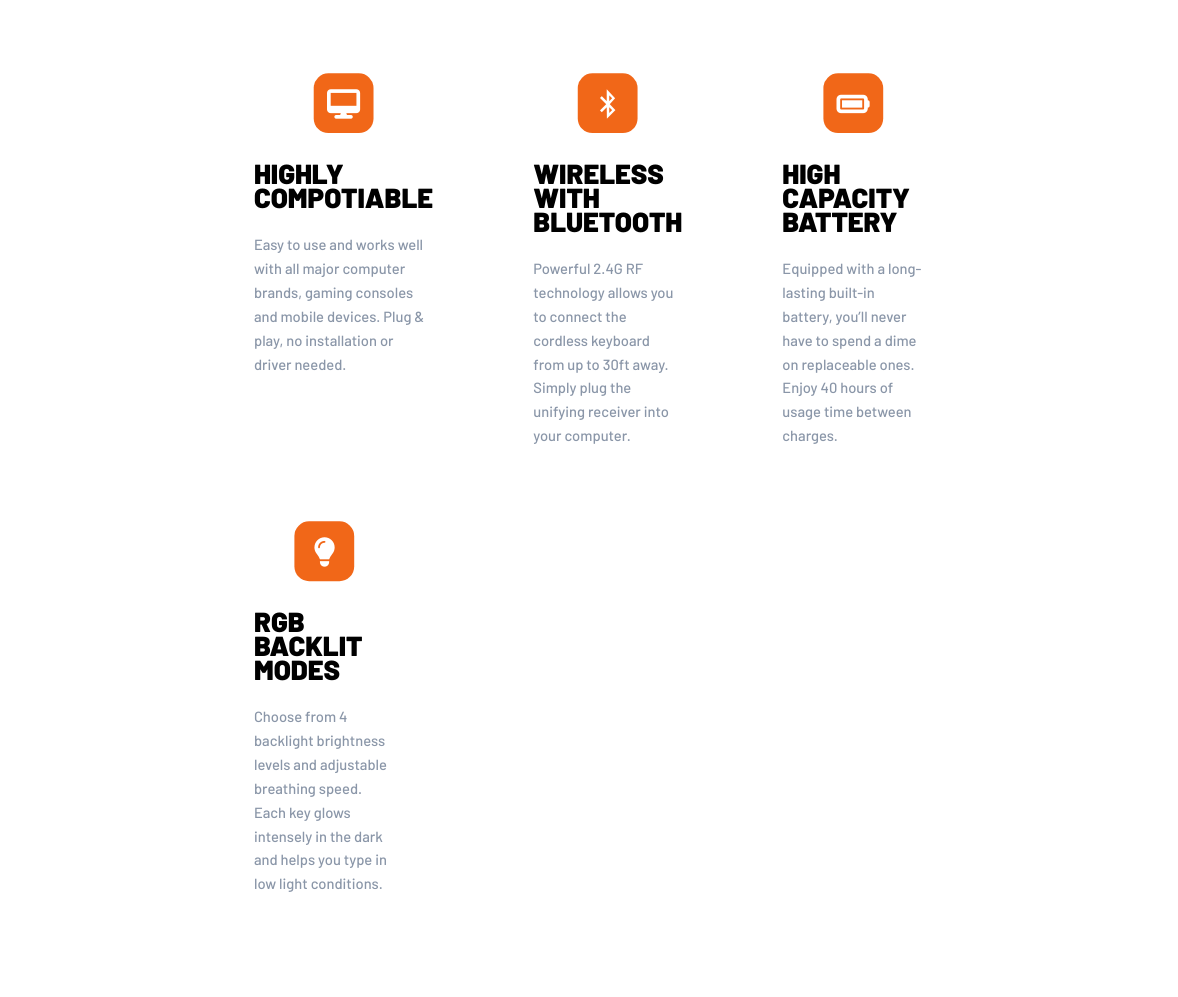
Repository: PeriAksoy/Figma
Page: figma1.html
The author's editor kept a copy of each file at every save. The page is drawn from the files as they stood at one save, then again after the next save.
The browser window is 1280 px wide. The pictures show the part of the page from y = 1841 to 2925 px (the page is 2925 px tall before and 2691 px after), at 92% of full size.
A picture or video elsewhere on the page could not be fetched, so the positions and the page height are approximate.

Above is the page before, as saved 2024-07-03 23:53:03.

### figma1.html
<!DOCTYPE html>
<html>
<head>
     <meta charset="UTF-8">
     <meta name="viewport" content="width=device-width, initial-scale=1.0">
     <link rel="stylesheet" href="stylee.css">
     <link href="https://fonts.googleapis.com/css2?family=Barlow:ital,wght@0,100;0,200;0,300;0,400;0,500;0,600;0,700;0,800;0,900;1,100;1,200;1,300;1,400;1,500;1,600;1,700;1,800;1,900&display=swap" rel="stylesheet">
     <link rel="stylesheet" href="https://cdnjs.cloudflare.com/ajax/libs/font-awesome/6.5.2/css/all.min.css" integrity="sha512-SnH5WK+bZxgPHs44uWIX+LLJAJ9/2PkPKZ5QiAj6Ta86w+fsb2TkcmfRyVX3pBnMFcV7oQPJkl9QevSCWr3W6A==" crossorigin="anonymous" referrerpolicy="no-referrer" />
</head>
<body>
     <header>
     <div class="header-container">
          <div class="orange-box">TM</div>
          <button class="btn btn-grey">PRE-ORDER NOW</button>
     </div>
     </header>
</body>
     <!-- HERO -->
     <section id="hero">
     <div class="hero_section">
          <div class="box">
               <h1>TYPEMASTER</h1><br>
               <h1>KEYBOARD</h1><br>
               <p>Improve your productivity and gaming without breaking the bank. Upgrade to a high quality mechanical typing experience.</p>
               <div class="inner_box">
               <button class="btn btn-orange">PRE-ORDER NOW</button><span>RELEASE ON 5/27</span>
               </div>
          </div>
          <div class="box">
               <img src="image-keyboard (3).jpg">
          </div>
     </div>
     </section>
     <!-- FİRST -->
     <section id="first">
     <div class="first_section">
          <div class="first_box">
               <div class="images">
               <div><img src="img-phone.png"> </div>
               <div class="second_img"><img src="image-glass-and-keyboard.jpg"></div>
               </div>
          </div>
          <div class="first_box">
               <div class="text_box">
               <h1>MECHANICAL<br>WIRELESS<br>KEYBOARD</h1><br>
               <p>The Typemaster keyboard boasts top-notch build and practical design. It offers a wide variety of switches and keycaps, along with reliable wireless connectivity. </p>
               </div>
          </div>
     </div>
     </section>
     <!-- SECOND -->
     <section id="second">
          <div class="second_section">
               <div class="container">
               <div class="boxes">
                    <div class="icon_container">
                    <div class="icon_content">
                    <div class="icon">
                    <i class="fa-solid fa-desktop icon"></i>
                    </div>
                    </div>
                    </div>
                    <div class="second_text_box">
                    <h1>HIGHLY<br>COMPOTIABLE</h1>
                    <br><p>Easy to use and works well with all major computer brands, gaming consoles and mobile devices. Plug & play, no installation or driver needed.</p>
                    </div>
               </div>
               <div class="boxes">
                    <div class="icon_content ">
                    <div class="icon">
                    <i class="fa-brands fa-bluetooth-b icon"></i>
                    </div>
                    </div>
                    <div class="second_text_box">
                    <h1> WIRELESS<br>WITH BLUETOOTH</h1>
                    <br><p>Powerful 2.4G RF technology allows you to connect the cordless keyboard from up to 30ft away. Simply plug the unifying receiver into your computer.</p>
                    </div>
               </div>
               <div class="boxes">
                    <div class="icon_content">
                    <div class="icon">
                     <i class="fa-solid fa-battery-full icon"></i>
                    </div>
                    </div>
                    <div class="second_text_box">
                    <h1> HIGH CAPACITY<br>BATTERY</h1>
                    <br><p>Equipped with a long-lasting built-in battery, you’ll never have to spend a dime on replaceable ones. Enjoy 40 hours of usage time between charges.</p>
                    </div>
               </div>
               <div class="boxes">
                    <div class="icon_content">
                    <div class="icon">
                    <i class="fa-solid fa-lightbulb icon"></i>
                    </div>
                    </div>
                    <div class="second_text_box">
                    <h1>RGB BACKLIT<br>MODES </h1>
                    <br><p>Choose from 4 backlight brightness levels and adjustable breathing speed. Each key glows intensely in the dark and helps you type in low light conditions.</p>
                    </div>
               </div>
          </div>
     </div>
     </section>
</html>

### stylee.css

*{
    padding: 0;
    margin: 0;
}
body{
    font-style: normal;
    font-family: "Barlow", sans-serif;
    font-weight: 700;
    font-size: 16px;
    line-height: 26px;
    justify-content: center;
    overflow-x: hidden;
}
section{
    padding: 10px 0;
}

/*HEADER*/

header{
    width: 100%;
}
.header-container{
    display: flex;
    justify-content: space-between;
    margin: 0 auto;
    align-items: center;
    width:60%;
    margin-top: 36px;
    margin-bottom: 30px;
}
.orange-box{
    background-color: #f16718;
    height: 40px;
    width: 40px;
    font-size: medium;
    font-weight: bold;
    color:white;
    padding:3px;
}
.btn-grey{
    background-color: #edeef1;
}
.btn-orange{
    background-color: #f16718;
    color:white;
}
.btn{
    font-weight:bold;
    font-family: 'Barlow',sans-serif;
    font-style: normal;
    font-size: large;
    height: 60px;
    width: 170px;
    border-radius: 8px;
    cursor: pointer;
    display: flex;
    justify-content: center;
    align-items: center;
    border: 0;
}
button:hover {
    opacity: 0.75;
}

/* HERO */

.hero_section{
   display: flex;
   flex-direction: row;
   justify-content: space-between;
   align-items: center;
   margin: 0 auto;
   width: 60%;
}
.box{
    flex-basis:50%;
}
.box h1 {
    font-size: 50px;
    font-weight: bolder;
}
.box p,span{
    color:#9ca2ac;
    font-weight: 500;
}
.box span{
    text-align: center;
}
.inner_box{
    display: flex;
    flex-direction: row;
    align-items: center;
    gap: 20px;
    margin-top: 30px;
}
.box img{
    height: 428px;
    width: 478px;
    object-fit: cover;
    border-radius: 8px;
}
@media screen and (max-width:1500px){

    .hero_section{
        flex-direction: column;
    }
    .box{
        margin-bottom: 30px;
        margin-top: 40px;
        margin-right: 30px;
    }
}

/* FİRST */

.first_section{
    display: flex;
    flex-direction: row;
    justify-content: space-between;
    align-items: center;
    margin: 0 auto;
    width: 60%;
}
.first_box{
    flex-basis: 38%;
}
.images{
    display: flex;
    flex-direction: row;
    justify-content: space-between;
    gap:25px;
    height: 428px;
    width: 478px;
}
.second_img img{
    object-fit: cover;
    height: 475px;
    width: 400px;
    border-radius:25px;
}
.first_box p{
    color:#8a96a8;
    font-weight: 500;
}
.first_box h1{
    font-size: 30px;
    font-weight: bolder;
}
.text_box{
    display: flex;
    flex-direction: column;
    justify-content: center;
    padding: 50px;
}
@media screen and (max-width:1750px){
    .first_section{
        flex-direction: column;
    }
    .first_box{
        margin-bottom: 50px;
        margin-top: 30px;
    }
    .text_box{
        text-align: center;
    }
    .images{
        flex-direction: row;
        justify-content: center;
    }
}

/* SECOND */
.second_section{
    display: flex;
    flex-wrap: wrap;
    flex-direction: row;
    justify-content: space-between;
    align-items: center;
    margin: 0 auto;
    width: 60%;
    margin-top: 30px;
}
.boxes{
   flex-basis: 20%;
   margin-top: 20px;
   padding: 30px 20px 30px 20px;
   flex 1;
}
.icon_content{
    height: 65px;
    width: 65px;
    background-color: #f16718;
    border-radius: 16px;
    display: flex;
    align-items: center;
    justify-content: center;
    margin: 0 auto;
}
.icon{
    font-size: xx-large;
    color:white;
}
.second_text_box{
    display: flex;
    flex-direction:column;
    justify-content: flex-start;
    margin-top: 30px;
    text-align: left;
}
.second_text_box h1{
    font-size: 30px;
    font-weight: bolder;
}
.second_text_box p{
    color:#8a96a8;
    font-weight: 500;
    justify-content: flex-start;
}
.container{
    display: flex;
    flex-direction: row;
    justify-content: space-between;
    margin-bottom: 70px;
    flex-wrap: wrap;
}

After the next save:
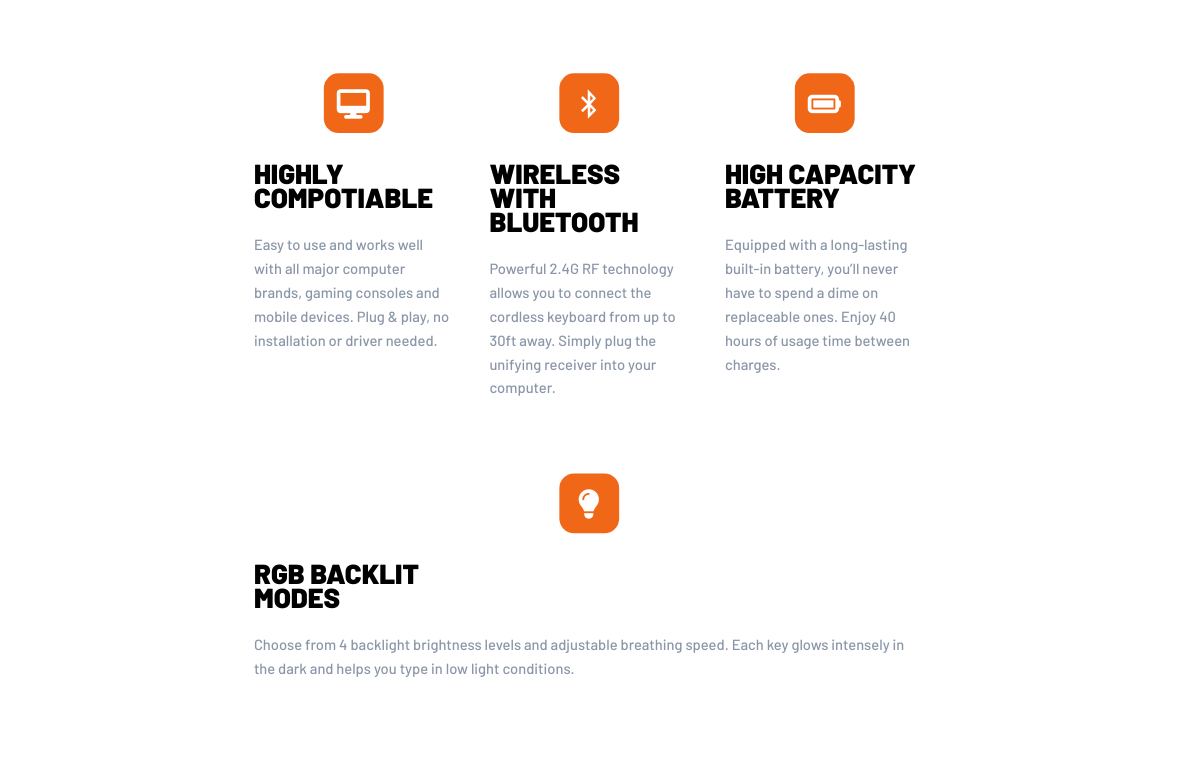
Saved 8 s later.
--- a/stylee.css
+++ b/stylee.css
@@ -186,7 +186,7 @@
    flex-basis: 20%;
    margin-top: 20px;
    padding: 30px 20px 30px 20px;
-   flex 1;
+   flex:1;
 }
 .icon_content{
     height: 65px;
